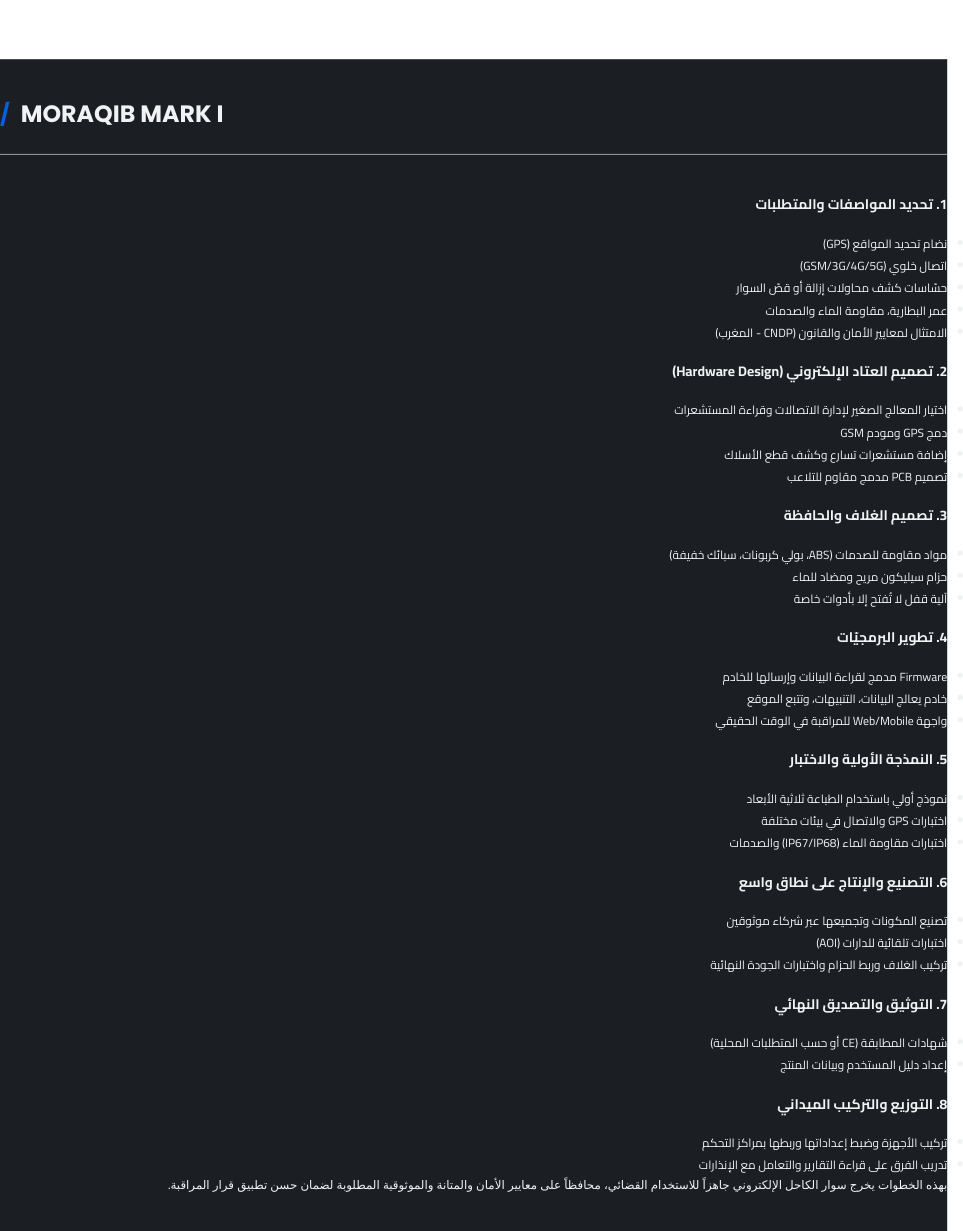
Repository: ayoubgharts/nextjs_protfolio
Page: /tutorials
An editor plug-in stored every save of this project. The page is shown before and after a run of saves, followed by the edit.
The browser window is 1280 px wide. The page is 1302 px wide, so the pictures cover 1302 px, including what lies to the right of the window. The pictures show the whole page, at 74% of full size.
The project was rebuilt for these pictures with package versions that can differ from the ones it lists, and the page was loaded fresh each time. The framework's server and built-in components were replaced by stand-ins that run in the browser. Also part of the build but not shown: next.config.mjs.

Above is the page before, as saved 2025-06-01 00:39:41.

### src/app/tutorials/page.jsx
// pages/tutorials.js
import Link from "next/link";
import styles from "./tutorials.module.css";

import { Container } from "react-bootstrap";

import SectionTitle from "@/components/buttons/section-title/SectionTitle";

export default function Tutorials() {
  return (
    <main className={styles.tutorials}>
      <Container>
        <SectionTitle textContent={"MORAQIB mark I"} />
        <div className={styles.project}>
          <h3>1. تحديد المواصفات والمتطلبات</h3>
          <ul>
            <li>نضام تحديد المواقع (GPS)</li>
            <li>اتصال خلوي (GSM/3G/4G/5G)</li>
            <li>حسّاسات كشف محاولات إزالة أو قصّ السوار</li>
            <li>عمر البطارية، مقاومة الماء والصدمات</li>
            <li>الامتثال لمعايير الأمان والقانون (CNDP - المغرب)</li>
          </ul>

          <h3>2. تصميم العتاد الإلكتروني (Hardware Design)</h3>
          <ul>
            <li>اختيار المعالج الصغير لإدارة الاتصالات وقراءة المستشعرات</li>
            <li>دمج GPS ومودم GSM</li>
            <li>إضافة مستشعرات تسارع وكشف قطع الأسلاك</li>
            <li>تصميم PCB مدمج مقاوم للتلاعب</li>
          </ul>

          <h3>3. تصميم الغلاف والحافظة</h3>
          <ul>
            <li>مواد مقاومة للصدمات (ABS، بولي كربونات، سبائك خفيفة)</li>
            <li>حزام سيليكون مريح ومضاد للماء</li>
            <li>آلية قفل لا تُفتح إلا بأدوات خاصة</li>
          </ul>

          <h3>4. تطوير البرمجيّات</h3>
          <ul>
            <li>Firmware مدمج لقراءة البيانات وإرسالها للخادم</li>
            <li>خادم يعالج البيانات، التنبيهات، وتتبع الموقع</li>
            <li>واجهة Web/Mobile للمراقبة في الوقت الحقيقي</li>
          </ul>

          <h3>5. النمذجة الأولية والاختبار</h3>
          <ul>
            <li>نموذج أولي باستخدام الطباعة ثلاثية الأبعاد</li>
            <li>اختبارات GPS والاتصال في بيئات مختلفة</li>
            <li>اختبارات مقاومة الماء (IP67/IP68) والصدمات</li>
          </ul>

          <h3>6. التصنيع والإنتاج على نطاق واسع</h3>
          <ul>
            <li>تصنيع المكونات وتجميعها عبر شركاء موثوقين</li>
            <li>اختبارات تلقائية للدارات (AOI)</li>
            <li>تركيب الغلاف وربط الحزام واختبارات الجودة النهائية</li>
          </ul>

          <h3>7. التوثيق والتصديق النهائي</h3>
          <ul>
            <li>شهادات المطابقة (CE أو حسب المتطلبات المحلية)</li>
            <li>إعداد دليل المستخدم وبيانات المنتج</li>
          </ul>

          <h3>8. التوزيع والتركيب الميداني</h3>
          <ul>
            <li>تركيب الأجهزة وضبط إعداداتها وربطها بمراكز التحكم</li>
            <li>تدريب الفرق على قراءة التقارير والتعامل مع الإنذارات</li>
          </ul>

          <p>
              بهذه الخطوات يخرج سوار الكاحل الإلكتروني جاهزاً للاستخدام القضائي، محافظاً على
              معايير الأمان والمتانة والموثوقية المطلوبة لضمان حسن تطبيق قرار المراقبة.
          </p>
        </div>
      </Container>
    </main>
  );
}

### src/app/globals.css

/*? import google font 'Poppins' */
@import url('https://fonts.googleapis.com/css2?family=Poppins:wght@100;200;300;400;500;600;700&family=Raleway:ital,wght@0,100..900;1,100..900&display=swap');

/*? all variables */
:root {
  /*. Web colors vars */
  --dark:      #1b1f24;
  --dark-fixed:      #1b1f24;
  --dark-300:  #23282f;
  --dark-400:  #2b323b;
  --dark-300-opacity:  #23282fab;
  --dark-400-opacity:  #2b323bb0;
  --dark-300-fixed:#282c31;
  --dark-500:  #333c47;
  --dark-600:  #4d5a6a;
  --dark-700:  #778392;
  --dark-800:  #9da6b3;

  --light:     #f0f2f4;
  --light-fixed:     #f0f2f4;
  --light-300: #454649;
  --light-400: #c3cad5;
  --light-500: #8895aa;

  --primary:   #075fe4;
  --primary-dark:   #12499c;
  --primary-light:   #6b93cf;
  --success:   #11845b;
  --danger:    #c6303e;
  --danger-dark:    #992934;
  --warning:   #fd7e14;

  --purple:    #4c0bce;
  --purple-dark:    #330f7c;
  --violet:    #712cf9;
  --pink:    #f92c8c;
  --yellow:    #ffc107;
  --green:     #198754;
  --teal:      #20c997;
  --cyan:      #0dcaf0;

  /*. Mobile Var Colors */
  --mobile-dark:      #1b1f24;
  --mobile-light:     #f0f2f4;
  --mobile-dark-300:  #23282f;
  --mobile-dark-500:  #333c47;
  --mobile-dark-700:  #778392;



  /*. transitions vars */
  --trans-03: all ease .3s;
  --trans-05: all ease .5s;

  /*. border radius vars */
  --br-8: 8px;
  --br-50: 50px;

  /*. padding global default */
  --container-120: 0 120px;
  --container-60: 0 60px;
  --container-20: 0 20px;

  /*. buttons vars */
  --btn-padding: 10px 25px;
  --btn-font-size: 1.2rem;
  --btn-font-media: 0.9rem;
  --light-btn:#f0f2f4;

}


/* Light mode overrides */
.light-mode {

  /*. web switch colors */
  --dark:       #e0e3e6;
  --dark-300:  #cdd6e2;
  --dark-400:  #c7cfd8;
  --dark-300-opacity:  #b6bfccab;
  --dark-400-opacity:  #b5bfccb0;
  --dark-500:   #c2c8d3;
  --dark-600:  #4d5a6a;
  --dark-700:  #eff3f7;
  --dark-800:  #757c85;

  --light:     #1b1f24;
  --light-300: #dde1e9;
  --light-400: #c3cad5;
  --light-500: #8895aa;

  /*. mobile switch colors */
  --mobile-dark:      #f0f2f4;
  --mobile-light:     #1b1f24;
  --mobile-dark-500:  #b5bcc4;
  --mobile-dark-700:  #778392;
  --mobile-dark-300:  #e4e7ec;
}


/*? Global Styles */
*{
  font-family: "Poppins", sans-serif;
  box-sizing: border-box;
  padding: 0;
  margin: 0;
}

body {
  font-family: "Poppins", sans-serif;
  box-sizing: border-box;
  padding: 0;
  margin: 0;
}

/*? Normalise */
a, Link{
  color: var(--cyan);
  text-decoration: none !important;
}
ul{
  list-style: none;
  margin: 0;
  padding: 0;
}
ul li{
  margin: 0;
  padding: 0;
}
h1, h2, h3, h4, h5{
  margin: 0;
  padding: 0;
}

i{
  margin: 0;
  padding: 0;
}

.container{
  transition: var(--trans-03);
}

### src/app/tutorials/tutorials.module.css

/*? import google font 'Cairo' */
@import url('https://fonts.googleapis.com/css2?family=Cairo:wght@200..1000&display=swap');


.tutorials{
    margin-top: 80px;
    background: var(--dark);
    padding: 50px 0;
    transition: var(--trans-03);
    text-align: start;
    color: var(--light);
}

.button{
    outline: none;
    border: none;
    background: var(--primary);
    color: var(--light-fixed);
    width: 100%;
    padding: 15px 25px;
    border-radius: 10px;
    margin-top: 30px;
    transition: var(--trans-03);
}

.button:hover{
    background: var(--primary-dark);
}

.project{
    display: flex;
    flex-direction: column;
    width: 100%;
    direction: rtl;
}
.project h3{
    margin: 20px 0;
    font-family: "Cairo";
}
.project ul li{
    font-family: "Cairo";
    list-style-type: disc;
    pad
}

### src/components/buttons/section-title/SectionTitle.jsx
import styles from './title.module.css';

export default function SectionTitle({textContent}){
    return(
        <h2 className={styles.h2}>
            {textContent}
        </h2>
    )
}

### src/components/buttons/section-title/title.module.css
.h2{
    font-size: 2rem;
    font-weight: 700;
    text-transform: uppercase;
    color: var(--light);
    width: 100%;
    border-bottom: solid 1.2px var(--light-400);
    margin-bottom: 30px;
    padding-bottom: 30px;
}

.h2::before{
    content: '/';
    color: var(--primary);
    margin-right: 15px;
    font-size: 1.8rem;
}

Loaded but not shown: src/app/layout.js (common file)

After the next 2 saves:
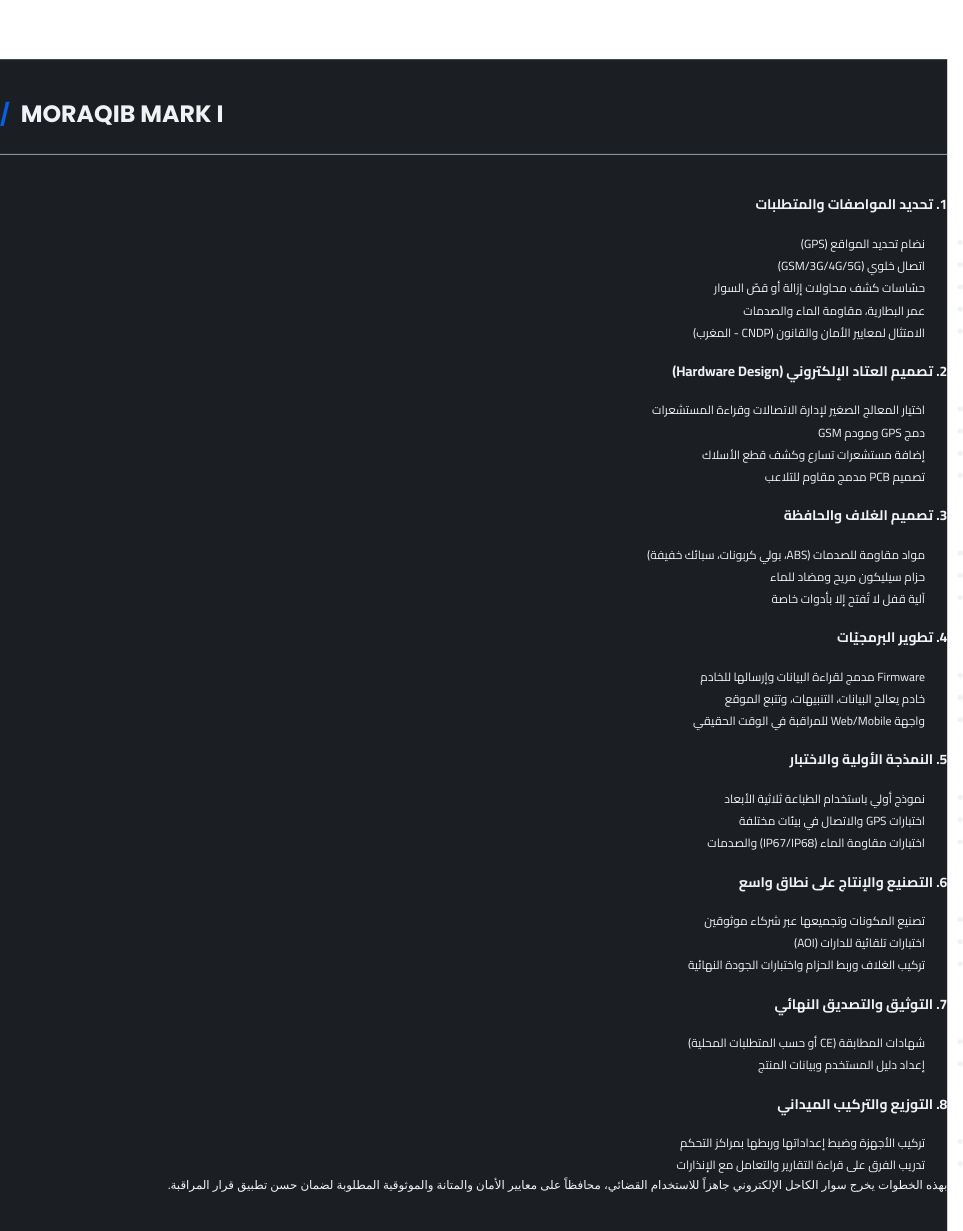
The 2 saves are shown as one change because they came seconds apart.
The last was saved 9 s later.
--- a/src/app/tutorials/tutorials.module.css
+++ b/src/app/tutorials/tutorials.module.css
@@ -41,5 +41,5 @@
 .project ul li{
     font-family: "Cairo";
     list-style-type: disc;
-    pad
+    padding-right: 30px;
 }
